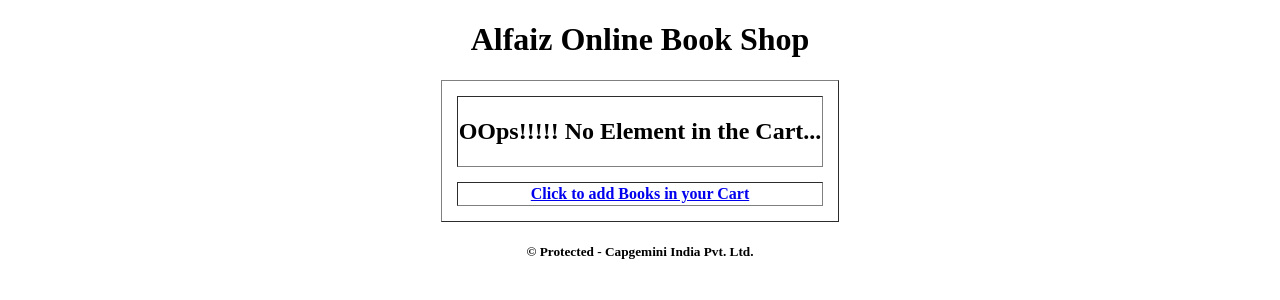
Repository: Rccalfa123/OnlineShopingCart
Page: http://localhost/OnlineBookShopping_Servlet-JSP/Error.jsp
These files come from the project's save history. The page is drawn as it stood at one moment and after the next save; the edit follows.
The browser window is 1280 px wide. The pictures show the whole page.
The page is served by Tomcat 9.

Above is the page before, as saved 2018-08-09 13:06:40.

After the next save:
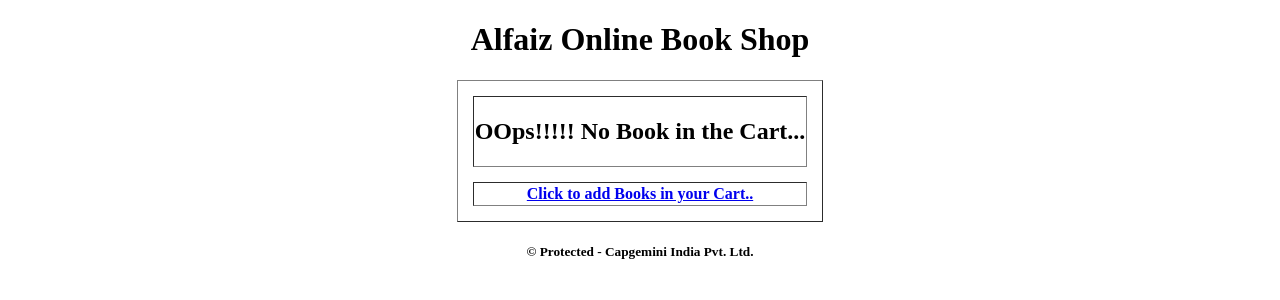
Saved 9 s later.
--- a/OnlineBookShopping_Servlet-JSP/WebContent/Error.jsp
+++ b/OnlineBookShopping_Servlet-JSP/WebContent/Error.jsp
@@ -11,11 +11,11 @@
 
   			<table cellspacing="15" align="center" border="dotted">
 					<tr>
-						<th colspan="6" height="35"><h2>OOps!!!!! No Element in the Cart...</h2></th>
+						<th colspan="6" height="35"><h2>OOps!!!!! No Book in the Cart...</h2></th>
 					</tr>
 					<tr>
 
-						<th height="20"><a href="index.jsp">Click to add Books in your Cart</a></th>
+						<th height="20"><a href="index.jsp">Click to add Books in your Cart..</a></th>
 
 					</tr>
 
